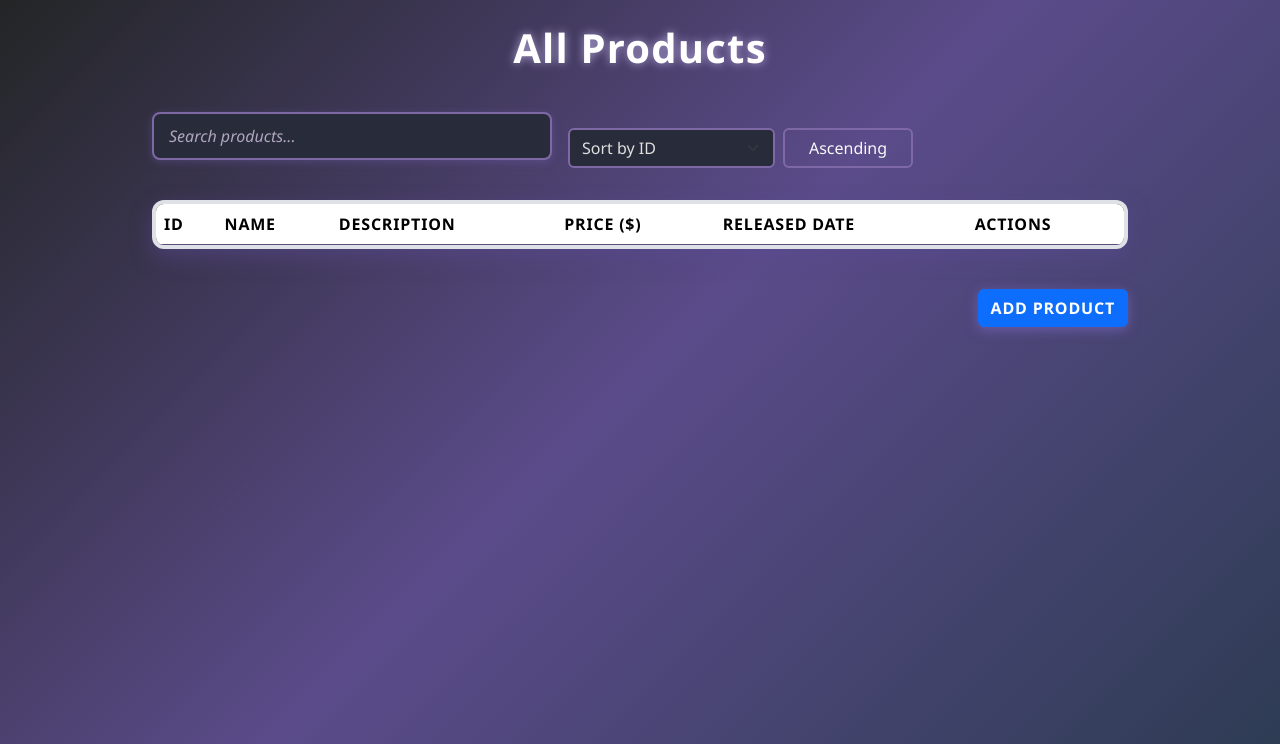
Repository: shyamoracle/training_case_study
Page: pmsagain/pmsitis/src/main/resources/webapp/index.html
An editor plug-in stored every save of this project. The page is shown before and after the next save, followed by the edit.
The browser window is 1280 px wide. The pictures show the whole page.
The page's requests for data from a server got no answer.

Above is the page before, as saved 2025-09-19 04:50:14.

### pmsagain/pmsitis/src/main/resources/webapp/index.html
<!DOCTYPE html>
<html lang="en">
<head>
  <meta charset="UTF-8" />
  <title>Product List</title>
  <link href="https://cdn.jsdelivr.net/npm/bootstrap@5.3.2/dist/css/bootstrap.min.css" rel="stylesheet" />
  <style>
    /* Body & typography */
    body {
      background: linear-gradient(135deg, #232526, #5b4b8a, #2e3c54);
      color: #e0e0e0;
      font-family: 'Segoe UI', Tahoma, Geneva, Verdana, sans-serif;
      min-height: 100vh;
      padding-bottom: 2rem;
    }

    /* Header */
    h1 {
      text-align: center;
      margin-bottom: 2.5rem;
      color: rgb(255, 255, 255)!important;
      font-weight: 700;
      letter-spacing: 1.2px;
      text-shadow: 0 0 10px rgba(216, 202, 255, 0.7);
    }

    /* Container tweaks */
    .container {
      max-width: 1000px;
    }
    #searchInput {
  width: 100%;
  max-width: 400px;
  padding: 10px 15px;
  margin-bottom: 1.5rem;
  border: 2px solid #7e68a6;  /* lavender border */
  border-radius: 8px;
  background-color: #282c3a;  /* matching table background */
  color: #e0e0e0;
  font-size: 1rem;
  box-shadow: 0 2px 8px rgba(125, 105, 200, 0.3);
  transition: border-color 0.3s ease, box-shadow 0.3s ease;
}

#searchInput::placeholder {
  color: #b0a6c0;
  font-style: italic;
}

#searchInput:focus {
  outline: none;
  border-color: #a593d1;  /* lighter lavender on focus */
  box-shadow: 0 0 8px 2px rgba(165, 147, 209, 0.7);
  background-color: #2e3150;
}


    /* Table styling */
    table {
      border-collapse: separate !important;
      border-spacing: 0;
      border-radius: 12px;
      overflow: hidden;
      border: 4px solid white;  /* thick white border */
      background-color: #282c3a;
      box-shadow: 0 8px 20px rgba(89, 74, 146, 0.5);
      transition: box-shadow 0.3s ease;
      width: 100%;
    }

    table:hover {
      box-shadow: 0 12px 30px rgba(89, 74, 146, 0.8);
    }

    thead th {
      background-color: #7e68a6;
      color: #fff;
      font-weight: 600;
      border-bottom: 3px solid #5a4d7a;
      padding: 14px 50px;
      letter-spacing: 0.05em;
      text-transform: uppercase;
      user-select: none;
    }

    tbody tr:hover {
      background-color: #3b3f58;
      cursor: pointer;
      transition: background-color 0.3s ease;
    }

    tbody td {
      border-top: 1px solid #5a4d7a;
      padding: 14px 50px;
      color: #cfcfe3;
      vertical-align: middle;
    }

    tbody tr:last-child td:first-child {
      border-bottom-left-radius: 12px;
    }

    tbody tr:last-child td:last-child {
      border-bottom-right-radius: 12px;
    }

    /* Action buttons in table */
    .btn-sm {
      padding: 0.25rem 0.5rem;
      font-size: 0.875rem;
    }

    /* Add Product button */
    .btn-add {
      margin-top: 1.5rem;
      margin-bottom: 1rem;
      float: right;
      box-shadow: 0 3px 12px rgba(125, 105, 200, 0.6);
      font-weight: 600;
      letter-spacing: 0.05em;
      text-transform: uppercase;
      transition: background-color 0.3s ease, box-shadow 0.3s ease;
    }

    .btn-add:hover {
      background-color: #6a54a2;
      box-shadow: 0 5px 15px rgba(125, 105, 200, 0.9);
    }
#sortSelect {
  min-width: 160px;
  background-color: #282c3a;
  color: #e0e0e0;
  border: 2px solid #7e68a6;
}

#toggleOrderBtn {
  min-width: 130px;
  border: 2px solid #7e68a6;
}



    /* Responsive adjustments */
    @media (max-width: 768px) {
      thead th, tbody td {
        padding: 10px 12px;
      }
      .btn-add {
        float: none;
        display: block;
        width: 100%;
        text-align: center;
      }
    }
  </style>
</head>
<body>
  <div class="container mt-4">
    <h1>All Products</h1>

   <div class="d-flex flex-wrap align-items-center gap-3 mb-3">
  <input
    type="text"
    id="searchInput"
    placeholder="Search products..."
    aria-label="Search products"
    class="flex-grow-1"
  />

  <div class="d-flex gap-2">
    <select id="sortSelect" class="form-select">
      <option value="productId">Sort by ID</option>
      <option value="productName">Sort by Name</option>
      <option value="productDescription">Sort by Description</option>
      <option value="productPrice">Sort by Price</option>
      <option value="productReleasedOn">Sort by Release Date</option>
    </select>

    <button id="toggleOrderBtn" class="btn btn-outline-light">Ascending</button>
  </div>
</div>


    <table class="table">
      <thead>
        <tr>
         <thead>
  <tr>
    <th data-column="productId" class="sortable">ID</th>
    <th data-column="productName" class="sortable">Name</th>
    <th data-column="productDescription" class="sortable">Description</th>
    <th data-column="productPrice" class="sortable">Price ($)</th>
    <th data-column="productReleasedOn" class="sortable">Released Date</th>
    <th>Actions</th>
  </tr>
</thead>

        </tr>
      </thead>
      <tbody id="productTableBody"></tbody>
    </table>

    <a href="add-product.html" class="btn btn-primary btn-add">Add Product</a>

  </div>

  <script src="js/api.js"></script>
  <script src="js/main.js"></script>
  <script src="js/search.js"></script>
  <script src="js/sort.js"></script>
</body>
</html>

### pmsagain/pmsitis/src/main/resources/webapp/js/api.js
const API_BASE = "http://localhost:8080/pmsapp/webapi/products";

async function getAllProducts() {
  const res = await fetch(`${API_BASE}/all`);
  return await res.json();
}

async function deleteProduct(id) {
  await fetch(`${API_BASE}/delete/${id}`, { method: "DELETE" });
}

async function addProduct(product) {
  return await fetch(`${API_BASE}/add`, {
    method: "POST",
    headers: { "Content-Type": "application/json" },
    body: JSON.stringify(product),
  });
}

async function getProduct(id) {
  const res = await fetch(`${API_BASE}/view?id=${id}`);
  return await res.json();
}

async function updateProduct(id, product) {
  return await fetch(`${API_BASE}/edit/${id}`, {
    method: "PUT",
    headers: { "Content-Type": "application/json" },
    body: JSON.stringify(product),
  });
}

### pmsagain/pmsitis/src/main/resources/webapp/js/main.js
let productsCache = [];

document.addEventListener("DOMContentLoaded", async () => {
  productsCache = await getAllProducts();

  // Initialize sorting and render the result
  const initiallySorted = initSortUI(productsCache, renderTable);
  renderTable(initiallySorted);

  initSearch(); // still in search.js
});

function renderTable(products) {
  const tableBody = document.getElementById("productTableBody");
  tableBody.innerHTML = "";

  products.forEach(product => {
    const row = document.createElement("tr");
    row.innerHTML = `
      <td>${product.productId}</td>
      <td>${product.productName}</td>
      <td>${product.productDescription}</td>
      <td>${product.productPrice}</td>
      <td>${product.productReleasedOn}</td>
      <td>
        <a href="edit-product.html?id=${product.productId}" class="btn btn-sm btn-primary">Edit</a>
        <button class="btn btn-sm btn-danger" onclick="deleteAndReload(${product.productId})">Delete</button>
      </td>`;
    tableBody.appendChild(row);
  });
}

async function deleteAndReload(id) {
  if (confirm("Are you sure you want to delete this product?")) {
    await deleteProduct(id);
    window.location.reload();
  }
}

### pmsagain/pmsitis/src/main/resources/webapp/js/search.js
// search.js
document.addEventListener('DOMContentLoaded', () => {
  const searchInput = document.getElementById('searchInput');
  const tableBody = document.getElementById('productTableBody');

  if (!searchInput || !tableBody) return; // safety check

  searchInput.addEventListener('input', () => {
    const filter = searchInput.value.toLowerCase();
    const rows = tableBody.getElementsByTagName('tr');

    for (let row of rows) {
      let text = '';
      for (let cell of row.cells) {
        text += cell.textContent.toLowerCase() + ' ';
      }
      row.style.display = text.includes(filter) ? '' : 'none';
    }
  });
});
/**
 *
 */

### pmsagain/pmsitis/src/main/resources/webapp/js/sort.js
// sort.js

let currentSort = { column: 'productId', ascending: true };

function initSortUI(products, onSortedCallback) {
  const sortSelect = document.getElementById("sortSelect");
  const toggleOrderBtn = document.getElementById("toggleOrderBtn");

  // Set default text
  toggleOrderBtn.textContent = currentSort.ascending ? "Ascending" : "Descending";

  // Event: Change column
  sortSelect.addEventListener("change", () => {
    currentSort.column = sortSelect.value;
    const sorted = sortProducts(products);
    onSortedCallback(sorted);
  });

  // Event: Toggle order
  toggleOrderBtn.addEventListener("click", () => {
    currentSort.ascending = !currentSort.ascending;
    toggleOrderBtn.textContent = currentSort.ascending ? "Ascending" : "Descending";
    const sorted = sortProducts(products);
    onSortedCallback(sorted);
  });

  // Initial sort
  return sortProducts(products);
}

function sortProducts(products) {
  return [...products].sort((a, b) => {
    let valA = a[currentSort.column];
    let valB = b[currentSort.column];

    if (!isNaN(valA) && !isNaN(valB)) {
      valA = parseFloat(valA);
      valB = parseFloat(valB);
    } else if (isValidDate(valA) && isValidDate(valB)) {
      valA = new Date(valA);
      valB = new Date(valB);
    } else {
      valA = valA.toString().toLowerCase();
      valB = valB.toString().toLowerCase();
    }

    if (valA < valB) return currentSort.ascending ? -1 : 1;
    if (valA > valB) return currentSort.ascending ? 1 : -1;
    return 0;
  });
}

function isValidDate(val) {
  return !isNaN(Date.parse(val));
}

After the next save:
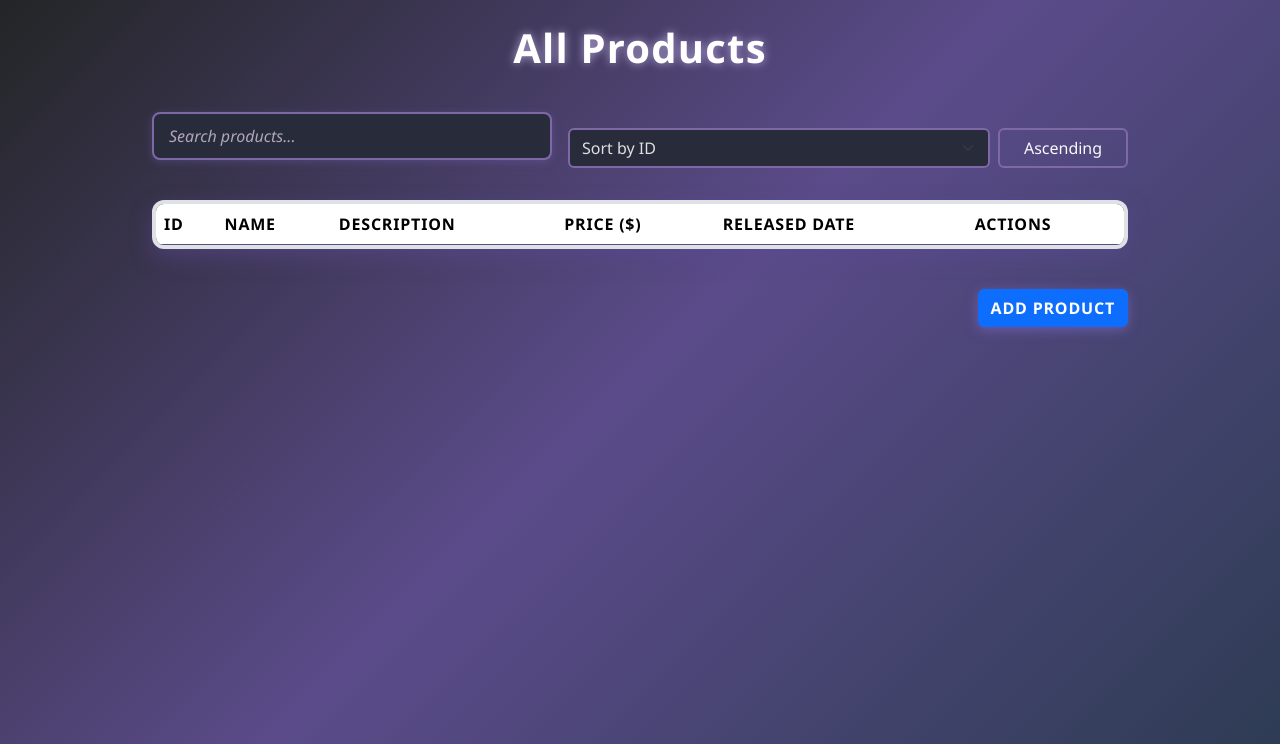
Saved 86 s later.
--- a/pmsagain/pmsitis/src/main/resources/webapp/index.html
+++ b/pmsagain/pmsitis/src/main/resources/webapp/index.html
@@ -167,7 +167,7 @@
     class="flex-grow-1"
   />
 
-  <div class="d-flex gap-2">
+  <div class="d-flex gap-2  flex-grow-1">
     <select id="sortSelect" class="form-select">
       <option value="productId">Sort by ID</option>
       <option value="productName">Sort by Name</option>

After the save that followed:
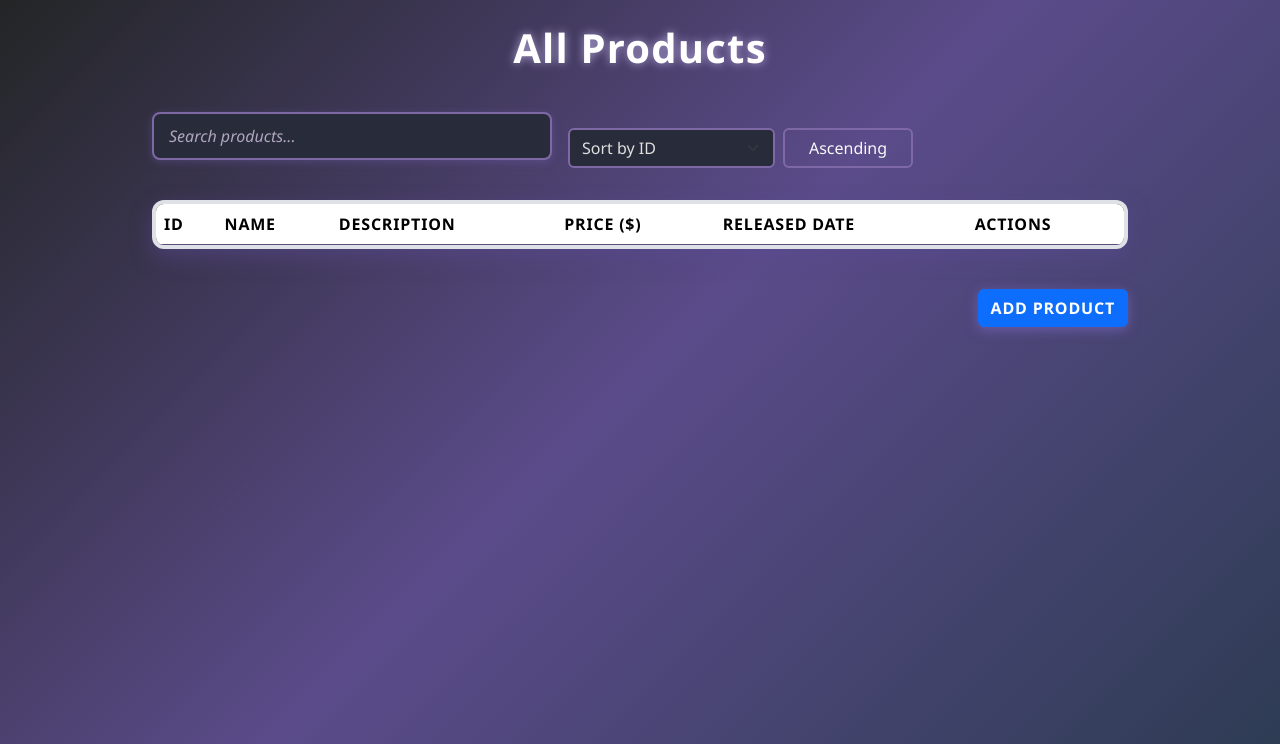
Saved 24 s later.
--- a/pmsagain/pmsitis/src/main/resources/webapp/index.html
+++ b/pmsagain/pmsitis/src/main/resources/webapp/index.html
@@ -167,7 +167,7 @@
     class="flex-grow-1"
   />
 
-  <div class="d-flex gap-2  flex-grow-1">
+  <div class="d-flex gap-2 ">
     <select id="sortSelect" class="form-select">
       <option value="productId">Sort by ID</option>
       <option value="productName">Sort by Name</option>
